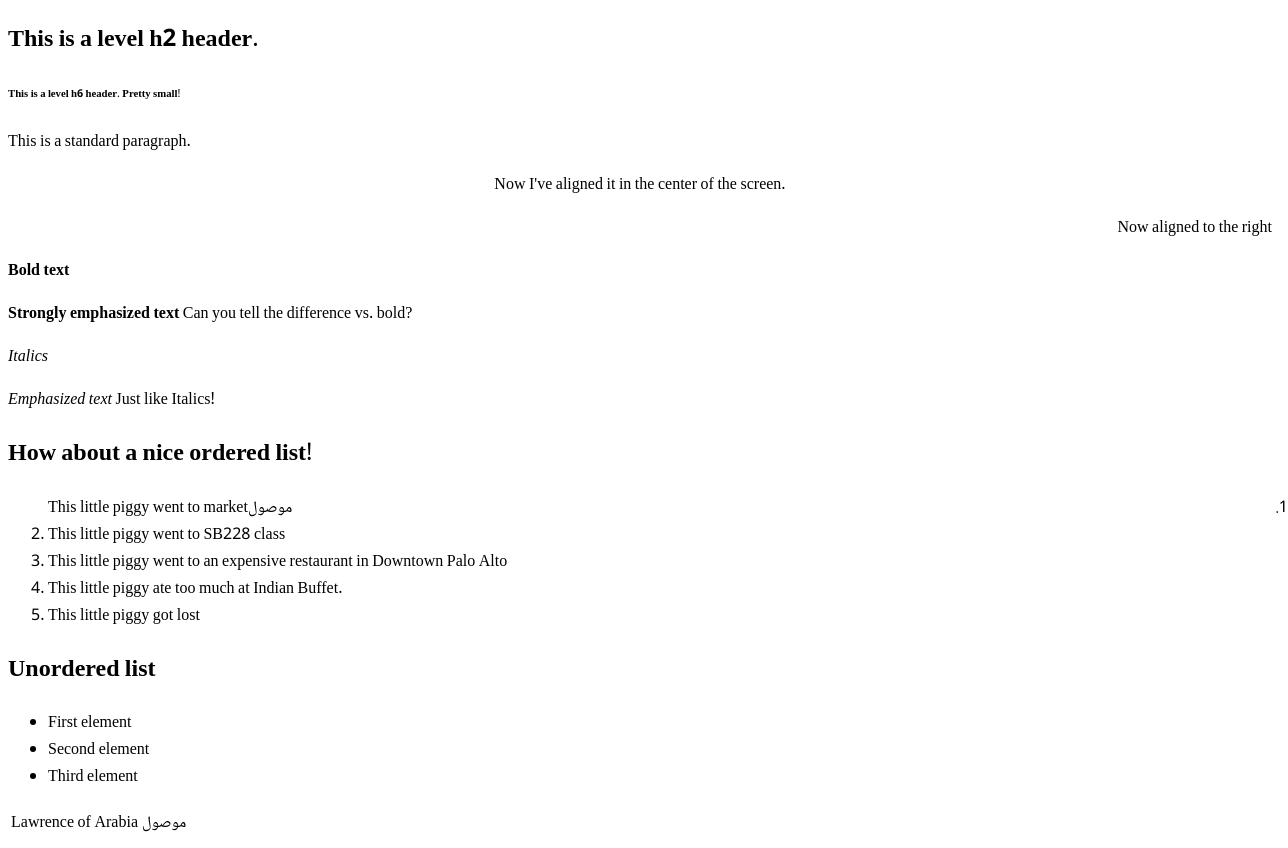
Repository: khanshakiil/ArabicHTMLToPDF
Page: HospitalFrontDesk/src/main/resources/html.html
The author's editor kept a copy of each file at every save. The page is drawn from the files as they stood at one save, then again after the next save.
The browser window is 1280 px wide. The page is 1288 px wide, so the pictures cover 1288 px, including what lies to the right of the window. The pictures show the whole page.

Above is the page before, as saved 2020-03-05 19:22:38.

### HospitalFrontDesk/src/main/resources/html.html
<!DOCTYPE html>
<html>

<head>
<title></title>
</head>

<body style="font-family: Noto Naskh Arabic">


<h2>This is a level h2 header.</h2>

<h6>This is a level h6 header.  Pretty small!</h6>

<p>This is a standard paragraph.</p>

<p align=center>Now I've aligned it in the center of the screen.</p>

<p align=right>Now aligned to the right</p>

<p><b>Bold text</b></p>

<p><strong>Strongly emphasized text</strong>  Can you tell the difference vs. bold?</p>

<p><i>Italics</i></p>

<p><em>Emphasized text</em>  Just like Italics!</p>

<h2>How about a nice ordered list!</h2>
<ol>
  <li dir="rtl" style="font-family: Noto Naskh Arabic">موصولThis little piggy went to market</li>
  <li>This little piggy went to SB228 class</li>
  <li>This little piggy went to an expensive restaurant in Downtown Palo Alto</li>
  <li>This little piggy ate too much at Indian Buffet.</li>
  <li>This little piggy got lost</li>
</ol>

<h2>Unordered list</h2>
<ul>
  <li>First element</li>
  <li>Second element</li>
  <li>Third element</li>
</ul>

<table>
<tr>
<td>Lawrence of Arabia</td>
<td dir="rtl" style="font-family: Noto Naskh Arabic">موصول</td>
</tr>

</table>
</body>

</html>

After the next save:
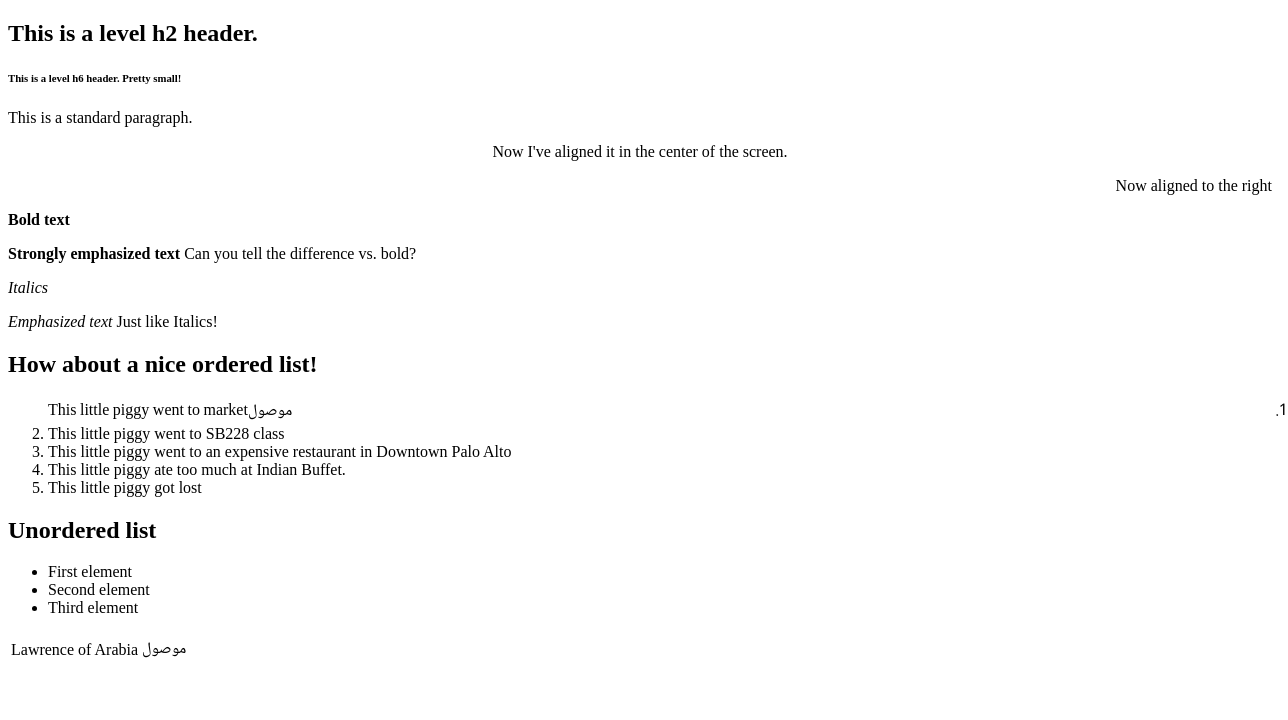
Saved 6 s later.
--- a/HospitalFrontDesk/src/main/resources/html.html
+++ b/HospitalFrontDesk/src/main/resources/html.html
@@ -5,7 +5,7 @@
 <title></title>
 </head>
 
-<body style="font-family: Noto Naskh Arabic">
+<body>
 
 
 <h2>This is a level h2 header.</h2>
